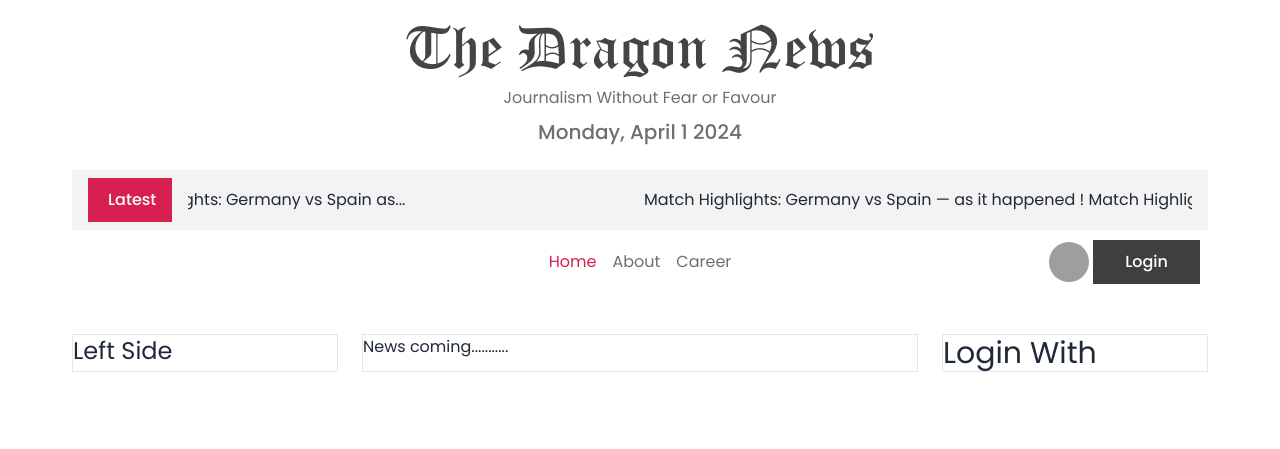
Repository: ShouravAhammed/react-dragon-news-auth
Page: /
These files come from the project's save history. The page is drawn as it stood at one moment and after the next save; the edit follows.
The browser window is 1280 px wide. The pictures show the whole page.
Pictures or frames that could not be fetched are drawn as grey boxes. The project was rebuilt for these pictures with package versions that can differ from the ones it lists, and the page was loaded fresh each time. Also part of the build but not shown: vite.config.js, src/pages/About/About.jsx, src/pages/Career/Career.jsx.

Above is the page before, as saved 2024-04-13 04:19:54.

After the next save:
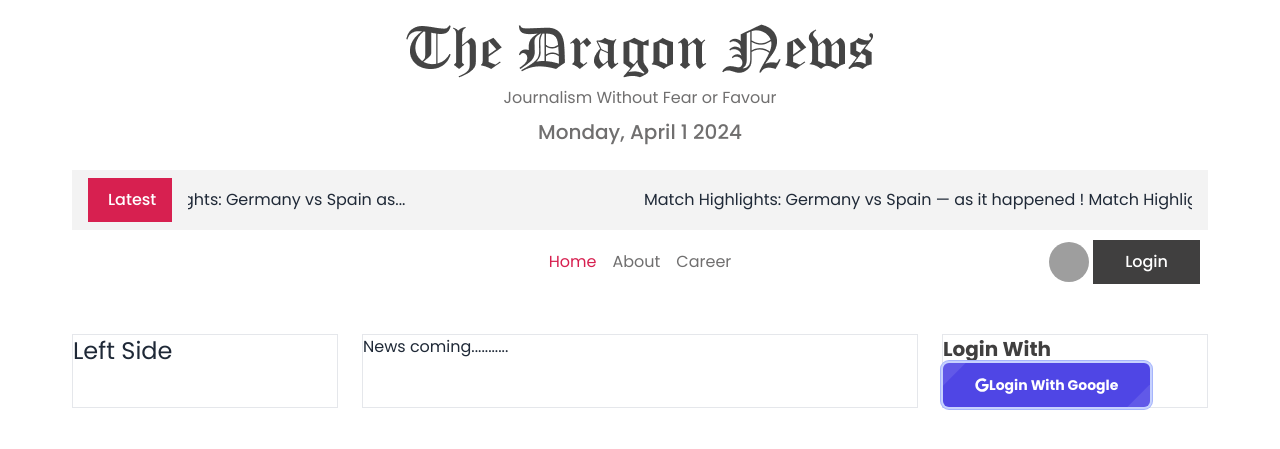
Saved 20 s later.
--- a/src/pages/Shared/RIghtSideNav/RightSideNav.jsx
+++ b/src/pages/Shared/RIghtSideNav/RightSideNav.jsx
@@ -1,9 +1,10 @@
+import BtnLogin from "../../../Components/btnLogin/BtnLogin";
 
 
 const RightSideNav = () => {
     return (
         <div>
-            <h3 className="text-3xl">Login With</h3>
+            <BtnLogin></BtnLogin>
         </div>
     );
 };
